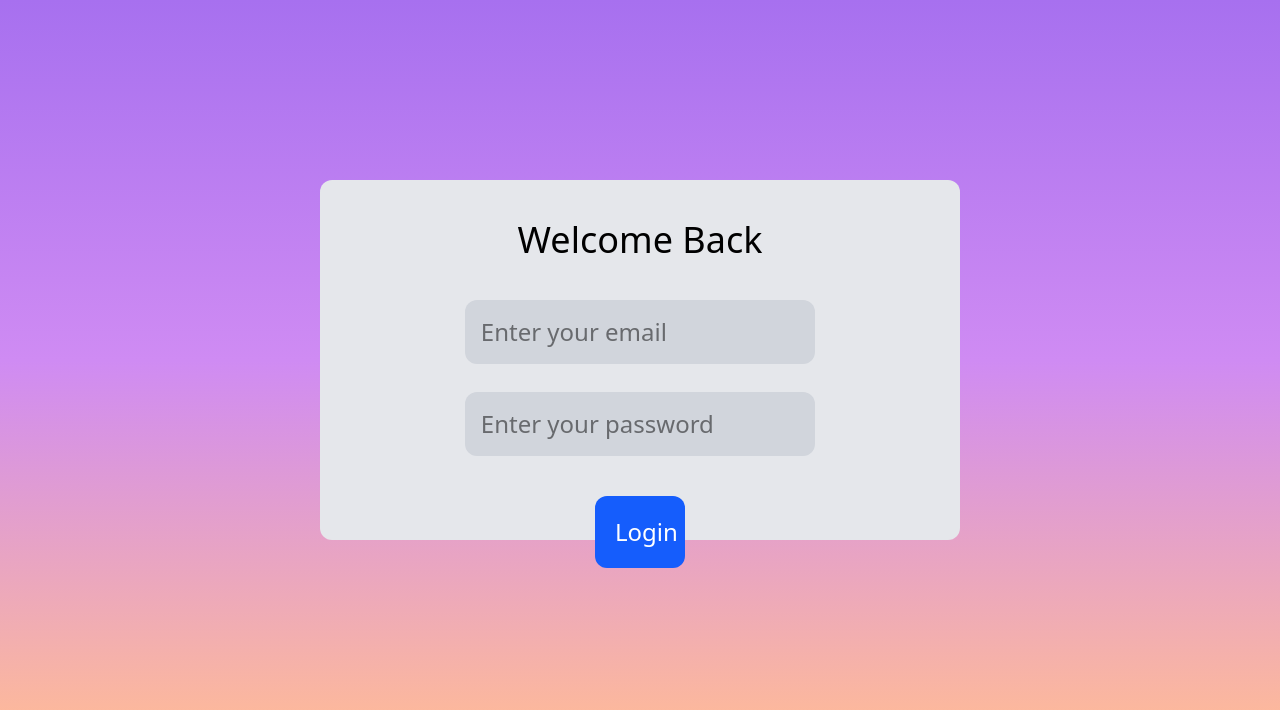
Repository: Habeebur1493/project
Page: /
The author's editor kept a copy of each file at every save. The page is drawn from the files as they stood at one save, then again after the next save.
The browser window is 1280 px wide. The pictures show the whole page.
The project was rebuilt for these pictures with package versions that can differ from the ones it lists, and the page was loaded fresh each time. Also part of the build but not shown: vite.config.js, src/Components/Home.jsx.

Above is the page before, as saved 2025-01-31 01:32:03.

After the next save:
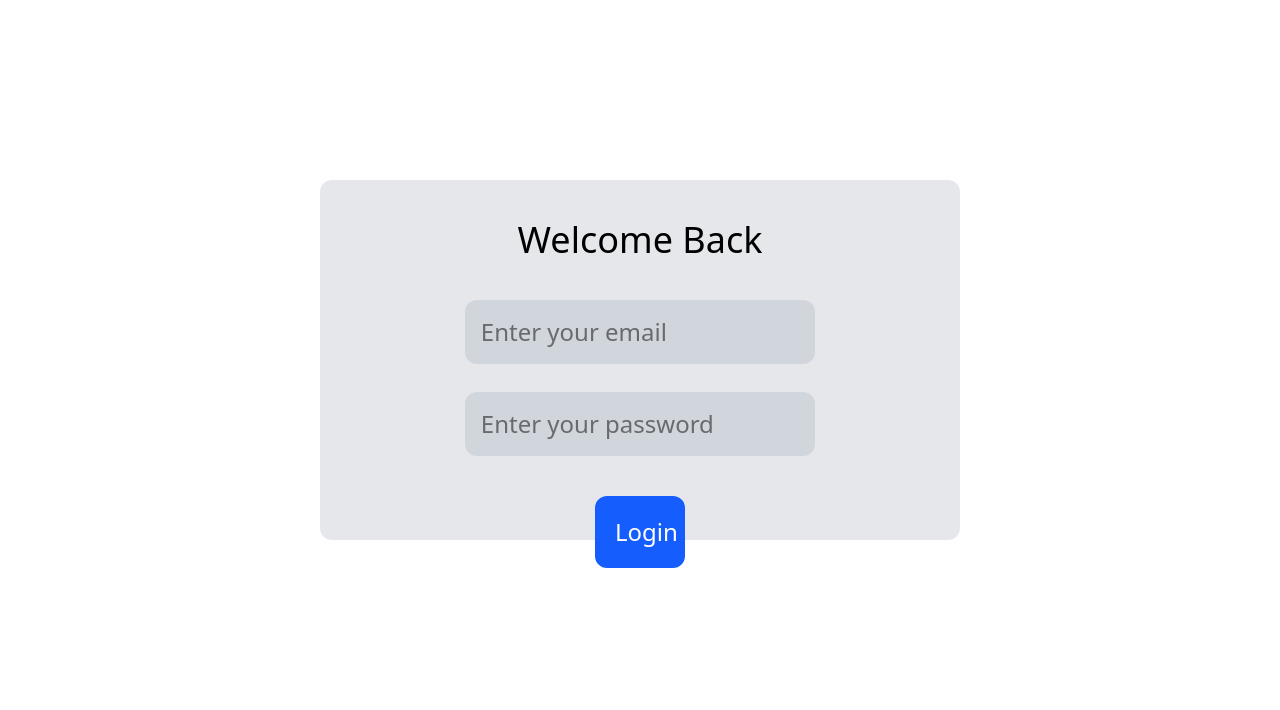
Saved 90 s later.
--- a/src/App.css
+++ b/src/App.css
@@ -1,7 +1,7 @@
 @import "tailwindcss";
 
 
-body{
+{
     background: linear-gradient(
         #a770ef,
         #cf8bf3,
